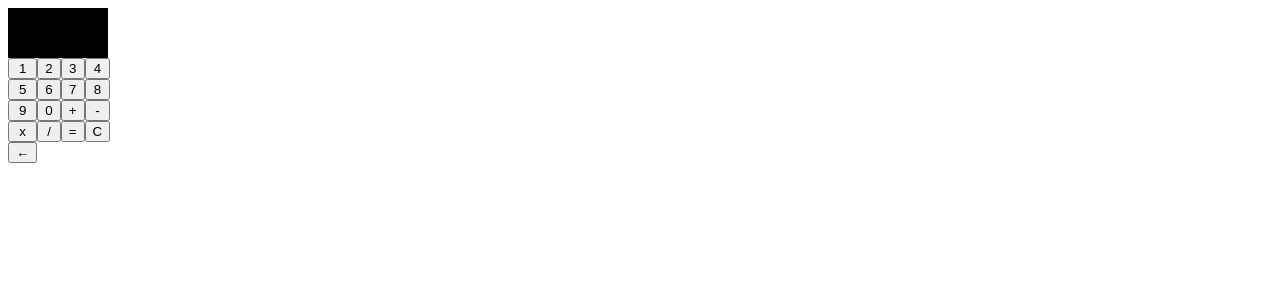
Repository: TEazy2433/LAB-calculator
Page: index.html
These files come from the project's save history. The page is drawn as it stood at one moment and after the next save; the edit follows.
The browser window is 1280 px wide. The pictures show the whole page.

Above is the page before, as saved 2023-10-13 18:04:39.

After the next save:
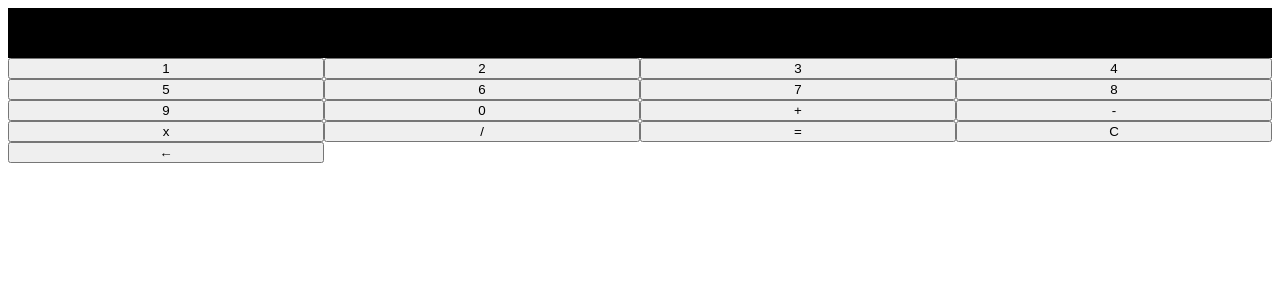
Saved 15 s later.
--- a/main.css
+++ b/main.css
@@ -1,5 +1,4 @@
 .calculator{
-  width:100px;
 }
 
 .display{
